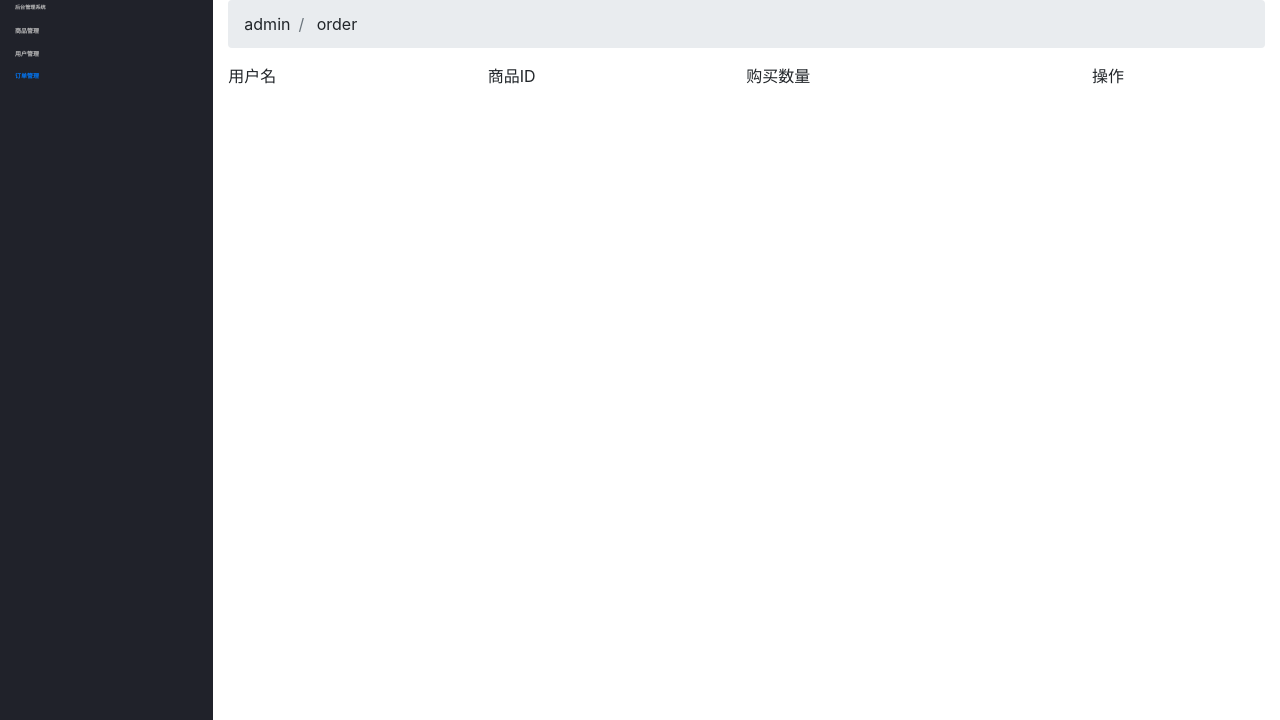
Repository: Rayfang0719/Vue-admin
Page: /admin/order
The author's editor kept a copy of each file at every save. The page is drawn from the files as they stood at one save, then again after the next save.
The browser window is 1280 px wide. The pictures show the whole page.
The project was rebuilt for these pictures with package versions that can differ from the ones it lists, and the page was loaded fresh each time. Also part of the build but not shown: vue.config.js, src/pages/login.vue.

Above is the page before, as saved 2019-05-12 18:56:53.

After the next save:
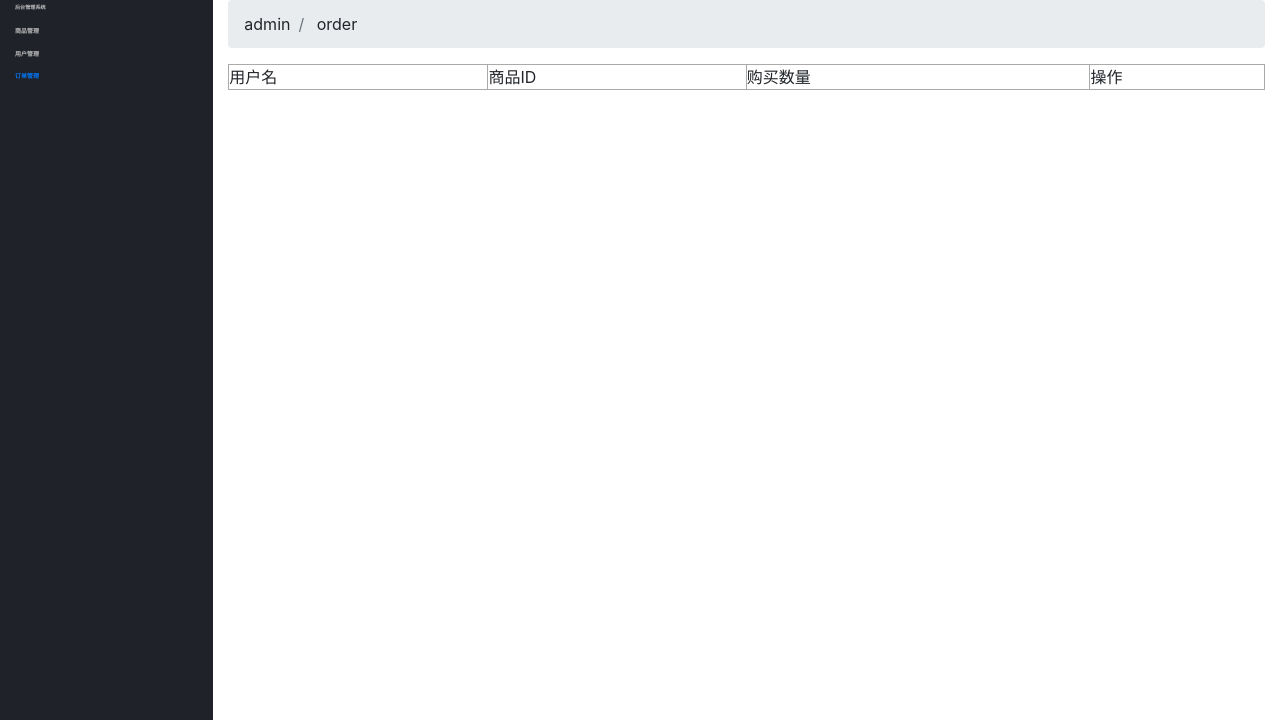
Saved 49 s later.
--- a/src/pages/admin/order.vue
+++ b/src/pages/admin/order.vue
@@ -22,6 +22,7 @@ table{
     width:100%;
     td{
         border-collapse:collapse;
+        border: 1px solid #aaa;
     }
 }
 
